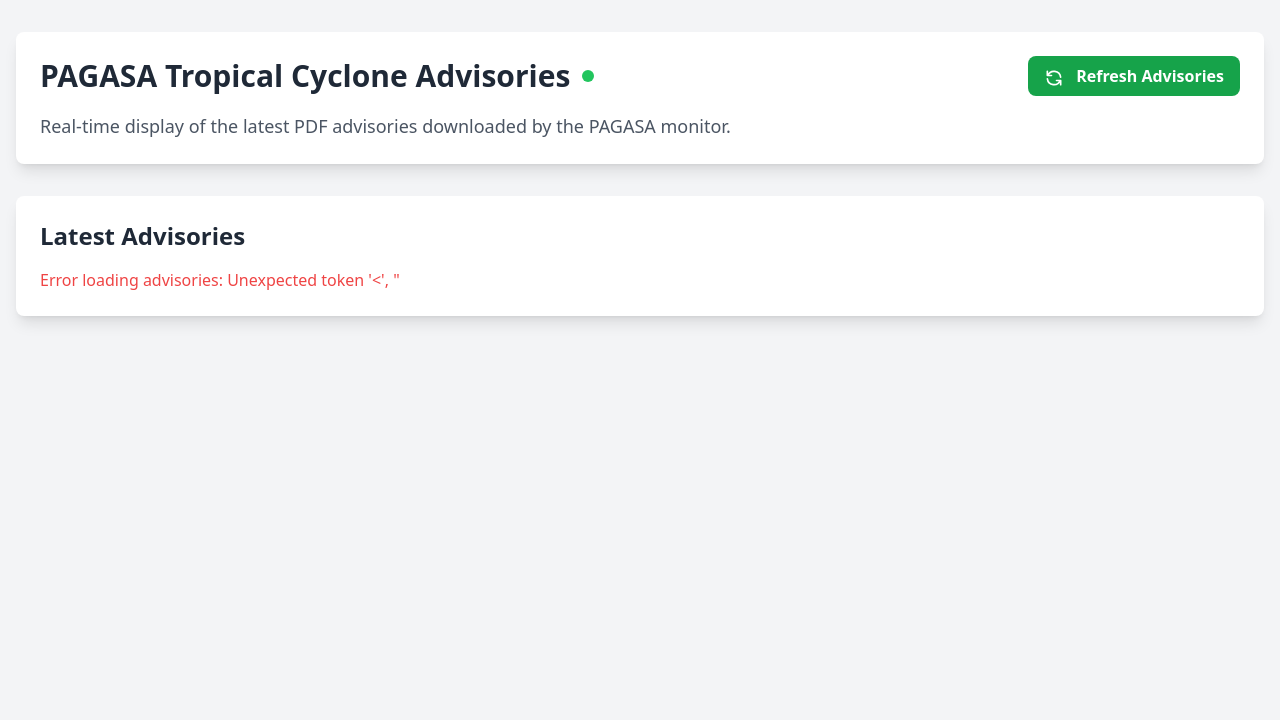
Repository: JetSpy-404/Heat-Mapping-For-Disaster-Risk-Prone-Areas
Page: pdf_viewer.html
The author's editor kept a copy of each file at every save. The page is drawn from the files as they stood at one save, then again after a run of saves.
The browser window is 1280 px wide. The pictures show the whole page.
Some web libraries are served in a nearby version.

Above is the page before, as saved 2025-11-09 15:36:06.

### pdf_viewer.html
<!DOCTYPE html>
<html lang="en">
<head>
    <meta charset="UTF-8">
    <meta name="viewport" content="width=device-width, initial-scale=1.0">
    <title>PAGASA Advisories Viewer</title>
    <script src="https://cdn.tailwindcss.com"></script>
</head>
<body class="bg-gray-100 min-h-screen py-8 px-4">
    <div class="max-w-7xl mx-auto">
        <!-- Header Section -->
        <div class="bg-white rounded-lg shadow-lg p-6 mb-8">
            <div class="flex items-center justify-between mb-4">
                <h1 class="text-3xl font-bold text-gray-800 flex items-center">
                    PAGASA Tropical Cyclone Advisories
                    <span class="status-indicator ml-3 w-3 h-3 bg-green-500 rounded-full" id="status-indicator"></span>
                </h1>
                <button class="bg-green-600 hover:bg-green-700 text-white font-semibold py-2 px-4 rounded-lg transition duration-200 refresh-btn" onclick="refreshPDFs()">
                    <svg class="w-5 h-5 inline mr-2" fill="none" stroke="currentColor" viewBox="0 0 24 24">
                        <path stroke-linecap="round" stroke-linejoin="round" stroke-width="2" d="M4 4v5h.582m15.356 2A8.001 8.001 0 004.582 9m0 0H9m11 11v-5h-.581m0 0a8.003 8.003 0 01-15.357-2m15.357 2H15"></path>
                    </svg>
                    Refresh Advisories
                </button>
            </div>
            <p class="text-gray-600 text-lg">Real-time display of the latest PDF advisories downloaded by the PAGASA monitor.</p>
            <div class="loading hidden text-center py-4 text-gray-500 font-medium" id="loading">
                <svg class="animate-spin w-6 h-6 inline mr-2" fill="none" viewBox="0 0 24 24">
                    <circle class="opacity-25" cx="12" cy="12" r="10" stroke="currentColor" stroke-width="4"></circle>
                    <path class="opacity-75" fill="currentColor" d="M4 12a8 8 0 018-8V0C5.373 0 0 5.373 0 12h4zm2 5.291A7.962 7.962 0 014 12H0c0 3.042 1.135 5.824 3 7.938l3-2.647z"></path>
                </svg>
                Loading advisories...
            </div>
        </div>

        <!-- Advisories List -->
        <div id="advisories-list" class="bg-white rounded-lg shadow-lg p-6">
            <h2 class="text-2xl font-bold text-gray-800 mb-4">Latest Advisories</h2>
            <ul id="advisories-ul" class="space-y-4">
                <!-- Advisories will be loaded here dynamically -->
            </ul>
        </div>
    </div>

    <!-- PDF Modal -->
    <div id="pdf-modal" class="fixed inset-0 bg-black bg-opacity-50 hidden z-50">
        <div class="flex items-center justify-center min-h-screen p-4">
            <div class="bg-white rounded-lg shadow-2xl w-full max-w-6xl max-h-screen overflow-hidden">
                <div class="bg-gradient-to-r from-blue-600 to-blue-700 px-6 py-4 flex items-center justify-between">
                    <h2 id="modal-title" class="text-xl font-bold text-white">PDF Viewer</h2>
                    <button onclick="closePDFModal()" class="text-white hover:text-gray-200 transition duration-200">
                        <svg class="w-6 h-6" fill="none" stroke="currentColor" viewBox="0 0 24 24">
                            <path stroke-linecap="round" stroke-linejoin="round" stroke-width="2" d="M6 18L18 6M6 6l12 12"></path>
                        </svg>
                    </button>
                </div>
                <div class="p-6">
                    <iframe id="modal-pdf-iframe" class="w-full h-[80vh] border border-gray-200 rounded-lg" type="application/pdf"></iframe>
                </div>
            </div>
        </div>
    </div>

    <script>
        let lastUpdate = null;

        // Load PDFs on page load
        document.addEventListener('DOMContentLoaded', function() {
            loadPDFs();
            // Auto-refresh every 5 minutes
            setInterval(loadPDFs, 5 * 60 * 1000);
        });

        async function loadPDFs() {
            const loading = document.getElementById('loading');
            const statusIndicator = document.getElementById('status-indicator');
            const container = document.getElementById('advisories-ul');

            loading.style.display = 'block';
            statusIndicator.classList.add('updating');

            try {
                const response = await fetch('list_pdfs.php');
                if (!response.ok) {
                    throw new Error(`HTTP ${response.status}: ${response.statusText}`);
                }

                const pdfs = await response.json();
                console.log('Loaded PDFs:', pdfs);

                if (pdfs.error) {
                    throw new Error(pdfs.error);
                }

                // Always display PDFs for now (remove update check to force refresh)
                displayAdvisories(pdfs);
                lastUpdate = pdfs.length > 0 ? pdfs[0].modified : null;

            } catch (error) {
                console.error('Error loading PDFs:', error);
                container.innerHTML = `<li class="text-red-500">Error loading advisories: ${error.message}. Please check if PHP is running and try again.</li>`;
            } finally {
                loading.style.display = 'none';
                statusIndicator.classList.remove('updating');
            }
        }

        function displayAdvisories(pdfs) {
            const container = document.getElementById('advisories-ul');

            if (pdfs.length === 0) {
                container.innerHTML = `
                    <li class="text-gray-500 text-center py-8">
                        <svg class="w-16 h-16 mx-auto text-gray-400 mb-4" fill="none" stroke="currentColor" viewBox="0 0 24 24">
                            <path stroke-linecap="round" stroke-linejoin="round" stroke-width="2" d="M9 12h6m-6 4h6m2 5H7a2 2 0 01-2-2V5a2 2 0 012-2h5.586a1 1 0 01.707.293l5.414 5.414a1 1 0 01.293.707V19a2 2 0 01-2 2z"></path>
                        </svg>
                        <h3 class="text-xl font-semibold text-gray-700 mb-2">No PDF Advisories Found</h3>
                        <p class="text-gray-500">The monitor may still be downloading files. Please check back later.</p>
                    </li>
                `;
                return;
            }

            // Display only the latest and last hours advisory (first two in sorted list)
            const latestAdvisories = pdfs.slice(0, 2);

            let html = '';
            latestAdvisories.forEach(pdf => {
                const fileSizeMB = (pdf.size / (1024 * 1024)).toFixed(2);
                html += `
                    <li class="bg-gray-50 rounded-lg p-4 border border-gray-200">
                        <div class="flex items-center justify-between">
                            <div class="flex-1">
                                <h3 class="text-lg font-semibold text-gray-800 mb-2">
                                    ${formatPDFTitle(pdf.filename)}
                                </h3>
                                <div class="text-sm text-gray-600 space-y-1">
                                    <div class="flex items-center">
                                        <svg class="w-4 h-4 mr-2" fill="none" stroke="currentColor" viewBox="0 0 24 24">
                                            <path stroke-linecap="round" stroke-linejoin="round" stroke-width="2" d="M12 8v4l3 3m6-3a9 9 0 11-18 0 9 9 0 0118 0z"></path>
                                        </svg>
                                        Updated: ${pdf.modified}
                                    </div>
                                    <div class="flex items-center">
                                        <svg class="w-4 h-4 mr-2" fill="none" stroke="currentColor" viewBox="0 0 24 24">
                                            <path stroke-linecap="round" stroke-linejoin="round" stroke-width="2" d="M7 4V2a1 1 0 011-1h8a1 1 0 011 1v2m-9 0h10m-9 0V1m10 3V1m0 3l1 1v16a2 2 0 01-2 2H6a2 2 0 01-2-2V5l1-1z"></path>
                                        </svg>
                                        Size: ${fileSizeMB} MB
                                    </div>
                                </div>
                            </div>
                            <div class="flex space-x-2 ml-4">
                                <button onclick="viewFullPDF('${pdf.path}', '${formatPDFTitle(pdf.filename)}')" class="bg-blue-500 text-white hover:bg-blue-600 font-semibold py-2 px-4 rounded-lg transition duration-200 flex items-center">
                                    <svg class="w-4 h-4 mr-2" fill="none" stroke="currentColor" viewBox="0 0 24 24">
                                        <path stroke-linecap="round" stroke-linejoin="round" stroke-width="2" d="M15 12a3 3 0 11-6 0 3 3 0 016 0z"></path>
                                        <path stroke-linecap="round" stroke-linejoin="round" stroke-width="2" d="M2.458 12C3.732 7.943 7.523 5 12 5c4.478 0 8.268 2.943 9.542 7-1.274 4.057-5.064 7-9.542 7-4.477 0-8.268-2.943-9.542-7z"></path>
                                    </svg>
                                    View
                                </button>
                                <a href="${pdf.path}" target="_blank" class="bg-green-500 text-white hover:bg-green-600 font-semibold py-2 px-4 rounded-lg transition duration-200 flex items-center">
                                    <svg class="w-4 h-4 mr-2" fill="none" stroke="currentColor" viewBox="0 0 24 24">
                                        <path stroke-linecap="round" stroke-linejoin="round" stroke-width="2" d="M12 10v6m0 0l-3-3m3 3l3-3m2 8H7a2 2 0 01-2-2V5a2 2 0 012-2h5.586a1 1 0 01.707.293l5.414 5.414a1 1 0 01.293.707V19a2 2 0 01-2 2z"></path>
                                    </svg>
                                    Download
                                </a>
                            </div>
                        </div>
                    </li>
                `;
            });

            container.innerHTML = html;
        }

        function formatPDFTitle(filename) {
            // Convert filename to readable title
            return filename
                .replace('.pdf', '')
                .replace(/_/g, ' ')
                .replace(/\b\w/g, l => l.toUpperCase());
        }

        function viewFullPDF(pdfPath, title) {
            const modal = document.getElementById('pdf-modal');
            const modalTitle = document.getElementById('modal-title');
            const modalIframe = document.getElementById('modal-pdf-iframe');

            modalTitle.textContent = title;
            modalIframe.src = pdfPath;
            modal.classList.remove('hidden');

            // Prevent body scroll when modal is open
            document.body.style.overflow = 'hidden';
        }

        function closePDFModal() {
            const modal = document.getElementById('pdf-modal');
            const modalIframe = document.getElementById('modal-pdf-iframe');

            modal.classList.add('hidden');
            modalIframe.src = '';

            // Restore body scroll
            document.body.style.overflow = 'auto';
        }

        function refreshPDFs() {
            loadPDFs();
        }

        // Manual refresh function exposed globally
        window.refreshPDFs = refreshPDFs;

        // Close modal when clicking outside
        document.getElementById('pdf-modal').addEventListener('click', function(e) {
            if (e.target === this) {
                closePDFModal();
            }
        });

        // Close modal with Escape key
        document.addEventListener('keydown', function(e) {
            if (e.key === 'Escape') {
                closePDFModal();
            }
        });
    </script>
</body>
</html>

After the next 2 saves:
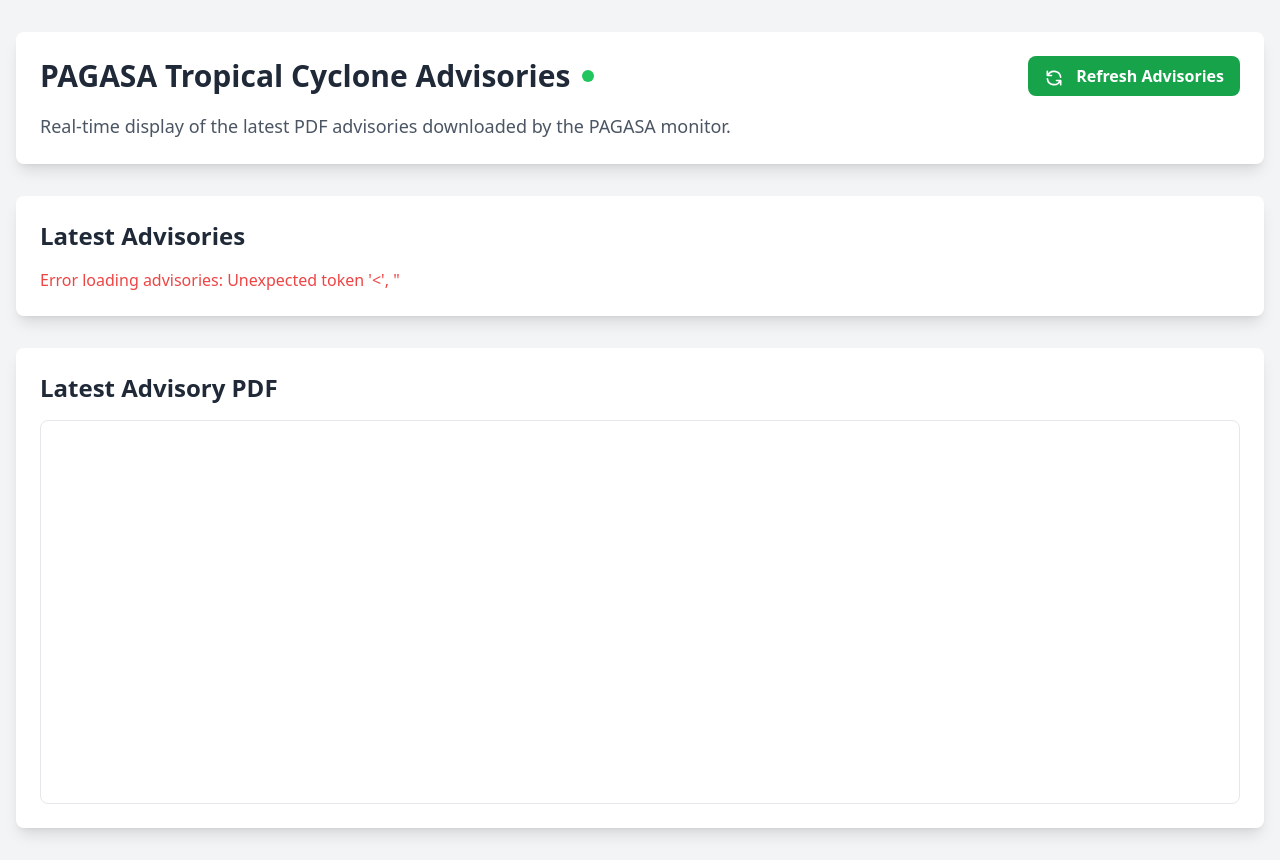
The 2 saves are shown as one change because they came seconds apart.
The last was saved 2 min 15 s later.
--- a/pdf_viewer.html
+++ b/pdf_viewer.html
@@ -38,6 +38,12 @@
             <ul id="advisories-ul" class="space-y-4">
                 <!-- Advisories will be loaded here dynamically -->
             </ul>
+        </div>
+
+        <!-- Latest PDF Display -->
+        <div id="latest-pdf-display" class="bg-white rounded-lg shadow-lg p-6 mt-8">
+            <h2 class="text-2xl font-bold text-gray-800 mb-4">Latest Advisory PDF</h2>
+            <iframe id="latest-pdf-iframe" class="w-full h-96 border border-gray-200 rounded-lg" type="application/pdf"></iframe>
         </div>
     </div>
 
